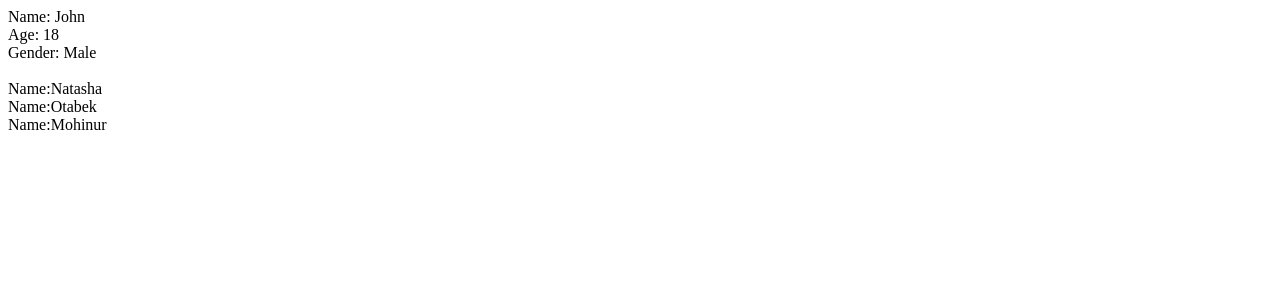
Repository: OtabekScarcro/advance-java
Page: http://localhost/Sample_Xml_file/JSTLDemo.jsp
These files come from the project's save history. The page is drawn as it stood at one moment and after the next save; the edit follows.
The browser window is 1280 px wide. The pictures show the whole page.
The page is served by Tomcat 9.

Above is the page before, as saved 2023-03-29 12:16:13.

After the next save:
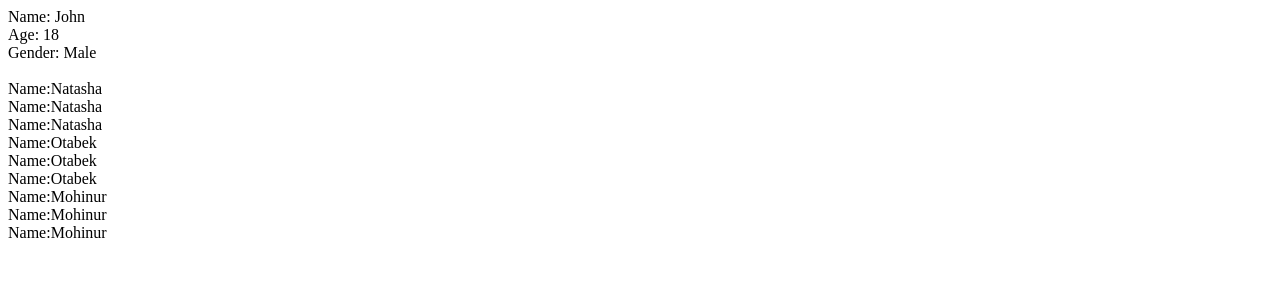
Saved 10 s later.
--- a/Sample Xml file/src/main/webapp/JSTLDemo.jsp
+++ b/Sample Xml file/src/main/webapp/JSTLDemo.jsp
@@ -20,7 +20,8 @@
 	<x:forEach select="$XMLdoc/users/user">
 		<x:if select="age>20">
 			<br/> Name:<x:out select="name"/>
-
+			<br/> Name:<x:out select="name"/>
+			<br/> Name:<x:out select="name"/>
 		</x:if>
 	</x:forEach>
 
